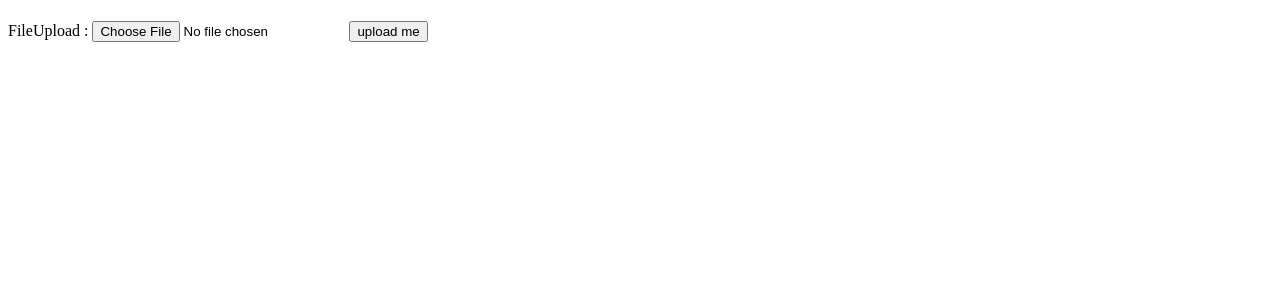
Repository: aygodbole/Coding-Assessment
Page: http://localhost/DocMgmt/resources/views/index.jsp
An editor plug-in stored every save of this project. The page is shown before and after the next save, followed by the edit.
The browser window is 1280 px wide. The pictures show the whole page.
The page is served by Tomcat 9.

Above is the page before, as saved 2017-12-20 05:49:43.

### DocMgmt/src/main/webapp/resources/views/index.jsp
<%@ page language="java" contentType="text/html; charset=ISO-8859-1" pageEncoding="ISO-8859-1"%>
<!DOCTYPE html>
<html>
<head>
	<meta charset="ISO-8859-1">
	<title>Insert title here</title>
</head>
<body ng-app ="DocManagerApp">
<div ng-controller = "DocCtrl">
<h1>{{name}} </h1>
</div>

FileUpload : <!-- <input id="fileAttUpload" type="file" data-ng-model="fileAttUpload" onchange="angular.element(this).scope().onFileSelect(this);"> -->
<input id="fileAttUpload" type="file" file-model = "myFile">
<button ng-click = "saveAttachments();">upload me</button>



<!-- jQuery (necessary for Bootstrap's JavaScript plugins) -->
 <script type="text/javascript" src='<%=request.getContextPath()%>/resources/js/jquery.min.js'></script>
<script type="text/javascript" src='<%=request.getContextPath() %>/resources/js/angular.min.js'></script>
<script type="text/javascript" src='<%=request.getContextPath() %>/resources/js/angular-route.min.js'></script>
<script type="text/javascript" src='<%=request.getContextPath() %>/resources/js/angular-resource.min.js'></script>
<script type="text/javascript" src='<%=request.getContextPath() %>/resources/js/app.js'></script>
<!-- <script src="https://ajax.googleapis.com/ajax/libs/angularjs/1.4.4/angular.js'></script>-->
</body>
</html>

### DocMgmt/src/main/webapp/resources/js/app.js
var app = angular.module('DocManagerApp', [ 'ngRoute', 'ngResource' ]);

app.directive('fileModel', ['$parse', function ($parse) {
    return {
       restrict: 'A',
       link: function(scope, element, attrs) {
          var model = $parse(attrs.fileModel);
          var modelSetter = model.assign;

          element.bind('change', function(){
             scope.$apply(function(){
                modelSetter(scope, element[0].files[0]);
             });
          });
       }
    };
 }]);

app.controller("DocCtrl", ['$scope', '$http', '$rootScope', '$log',
		function($scope, $http, $rootScope, $log) {
			$log.info("Inside Doc controller");
			$scope.saveAttachments = function(){
				$log.info("Inside save attachment");
				var fd = new FormData();
				fd.append("file",$scope.myFile);
				    $http.post("/upload", fd, {
				           transformRequest: angular.identity,
				           headers: {'Content-Type': undefined,
				           	'enctype' :'multipart/form-data'}
				       }).success(function(results){
				       	// console.log("response : _>",results);
				       	$scope.showPreLoader = false;
				if(results.STATUS=='SUCCESS'){
					$log.info("SUCCESS");
				}else {
				$scope.errorMessage = "Error in saving the Attachments";
				 }
				})
				   .error(function(data,status){
				   	$scope.showPreLoader = false;
				   	$scope.errorMessage = "Error in saving the Attachments";
				   });
				};
		} ]);

Loaded but not shown: DocMgmt/src/main/webapp/resources/js/jquery.min.js (library); DocMgmt/src/main/webapp/resources/js/angular.min.js (library); DocMgmt/src/main/webapp/resources/js/angular-route.min.js (library); DocMgmt/src/main/webapp/resources/js/angular-resource.min.js (library)

After the next save:
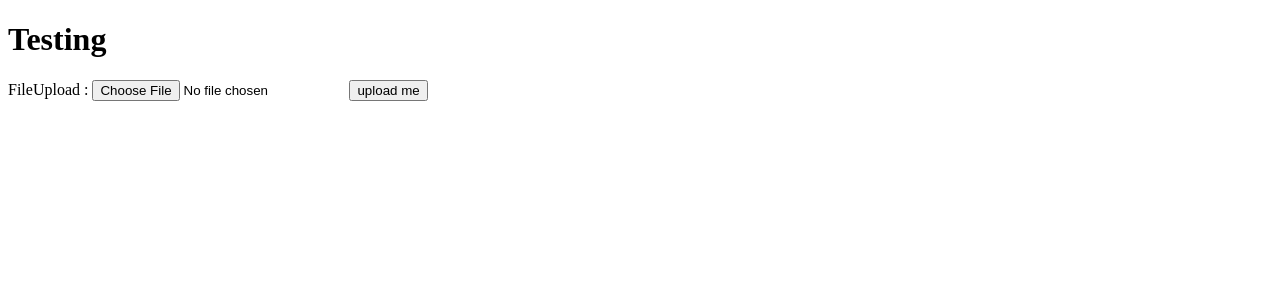
Saved 89 s later.
--- a/DocMgmt/src/main/webapp/resources/js/app.js
+++ b/DocMgmt/src/main/webapp/resources/js/app.js
@@ -18,6 +18,7 @@ app.directive('fileModel', ['$parse', function ($parse) {
 
 app.controller("DocCtrl", ['$scope', '$http', '$rootScope', '$log',
 		function($scope, $http, $rootScope, $log) {
+			$scope.name = "Testing";
 			$log.info("Inside Doc controller");
 			$scope.saveAttachments = function(){
 				$log.info("Inside save attachment");
